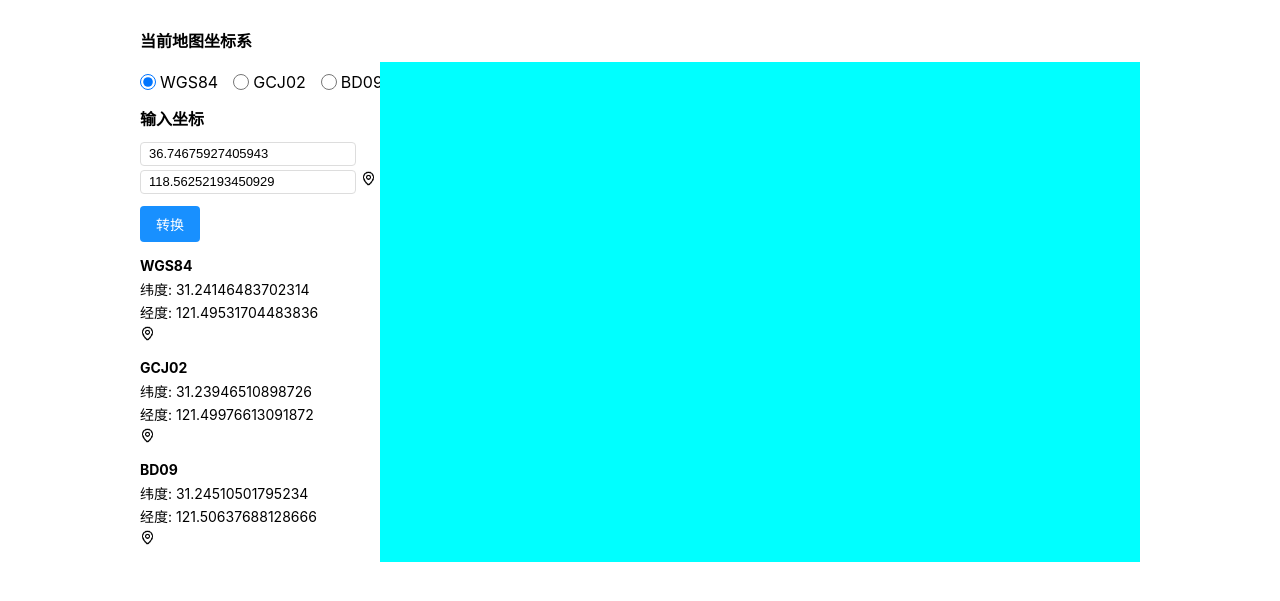
Repository: 1242128273wangpeng/MapTransformTools
Page: popup.html
The author's editor kept a copy of each file at every save. The page is drawn from the files as they stood at one save, then again after the next save.
The browser window is 1280 px wide. The pictures show the whole page.

Above is the page before, as saved 2025-01-23 22:39:06.

After the next save:
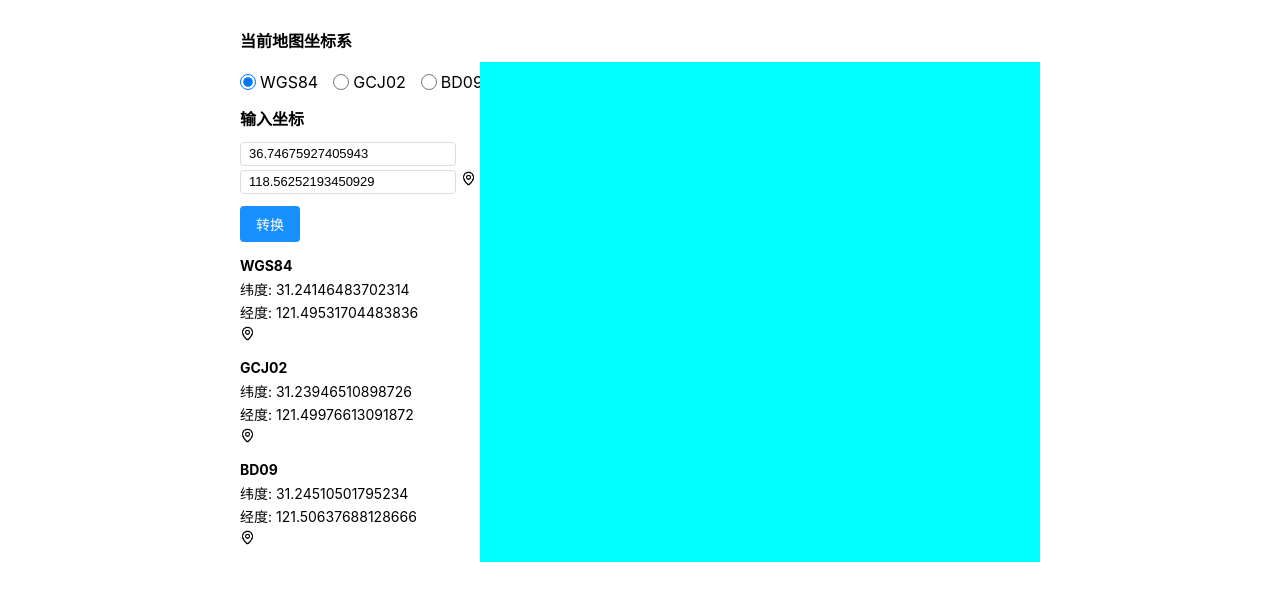
Saved 16 s later.
--- a/popup.html
+++ b/popup.html
@@ -9,7 +9,7 @@
 				font-family: -apple-system, BlinkMacSystemFont, 'Segoe UI', Roboto,
 					Oxygen, Ubuntu, Cantarell, sans-serif;
 				padding: 15px;
-				width: 1000px;
+				width: 800px;
 				margin: 0 auto;
 			}
 
